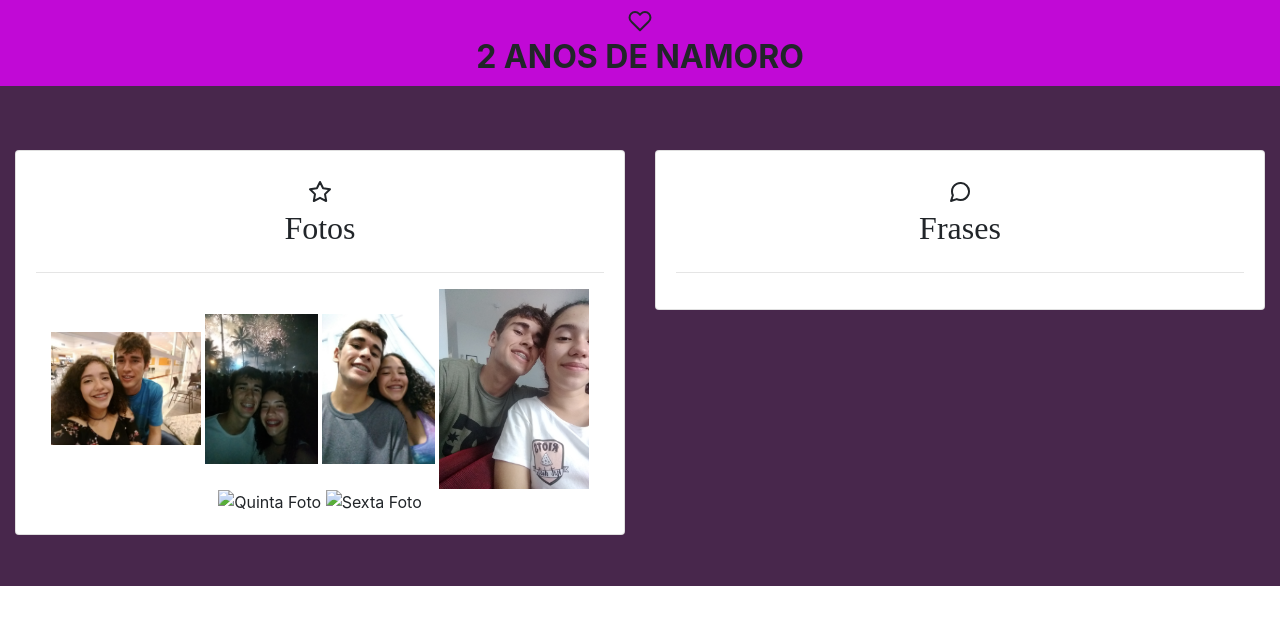
Repository: MeuAmor/meuamor.github.io
Page: index.html
These files come from the project's save history. The page is drawn as it stood at one moment and after the next save; the edit follows.
The browser window is 1280 px wide. The pictures show the whole page.

Above is the page before, as saved 2019-08-20 22:57:46.
Not found: imagens/quinta_foto.jpg
Not found: imagens/sexta_foto.jpg

### index.html
<!DOCTYPE html>
<html lang="pt">
<head>
  <title>2 ANOS</title>
  <meta charset="utf-8">
  <meta name="viewport" content="width=device-width, initial-scale=1">
  <link rel="stylesheet" href="assets/css/bootstrap4.1/bootstrap.min.css">
  <script src="assets/js/jquery.3.3.1.min.js"></script>
  <script src="assets/js/bootstrap4.1/popper.min.js"></script>
	<script src="assets/js/bootstrap4.1/bootstrap.min.js"></script>
	<!-- <style>
			hr {
				margin-top: 1rem;
				margin-bottom: 1rem;
				border: 5;
				border-top: 1px solid rgba(0, 0, 0, 0.1);
			}
		</style> -->
</head>
<body class="container-fluid">


	<div class="row" style="background:#c109d6">
		<div class="col-md-12 text-left">
			<h2>
                <!-- <svg xmlns="http://www.w3.org/2000/svg" width="24" height="24" viewBox="0 0 24 24" fill="none" stroke="currentColor"
                        stroke-width="2" stroke-linecap="round" stroke-linejoin="round" class="feather feather-heart">
                    <path d="M20.84 4.61a5.5 5.5 0 0 0-7.78 0L12 5.67l-1.06-1.06a5.5 5.5 0 0 0-7.78 7.78l1.06 1.06L12 21.23l7.78-7.78 1.06-1.06a5.5 5.5 0 0 0 0-7.78z"/>
                </svg> -->
                <div class="text-center">

                    <svg xmlns="http://www.w3.org/2000/svg" width="24" height="24" viewBox="0 0 24 24" fill="none" stroke="currentColor"
                            stroke-width="2" stroke-linecap="round" stroke-linejoin="round" class="feather feather-heart">
                        <path d="M20.84 4.61a5.5 5.5 0 0 0-7.78 0L12 5.67l-1.06-1.06a5.5 5.5 0 0 0-7.78 7.78l1.06 1.06L12 21.23l7.78-7.78 1.06-1.06a5.5 5.5 0 0 0 0-7.78z"/>
                    </svg>
                </div>
                <div class="text-center" >

                    <b>2 ANOS DE NAMORO </b>
                </div>
            </h2>
		</div>
		<div class="col-md-6 " id="redes_sociais">
			<!-- <a style="margin:10px;" class="btn btn-info btn-xs float-right" href="http://www.linkedin.com/in/leonardo-bernardes-da-silva-a8869b132">
				<svg xmlns="http://www.w3.org/2000/svg" width="24" height="24" viewBox="0 0 24 24" fill="none" stroke="currentColor" stroke-width="2" stroke-linecap="round" stroke-linejoin="round" class="feather feather-linkedin">
					<path d="M16 8a6 6 0 0 1 6 6v7h-4v-7a2 2 0 0 0-2-2 2 2 0 0 0-2 2v7h-4v-7a6 6 0 0 1 6-6z"></path><rect x="2" y="9" width="4" height="12"></rect>
					<circle cx="4" cy="4" r="2"></circle></svg>	LinkedIn</a>
				<a style="margin:10px;" class="btn btn-primary btn-xs float-right" href="http://www.facebook.com/lezinho.bernardes">
					<svg xmlns="http://www.w3.org/2000/svg" width="24" height="24" viewBox="0 0 24 24" fill="none" stroke="currentColor" stroke-width="2" stroke-linecap="round" stroke-linejoin="round" class="feather feather-facebook">
						<path d="M18 2h-3a5 5 0 0 0-5 5v3H7v4h3v8h4v-8h3l1-4h-4V7a1 1 0 0 1 1-1h3z"></path>
					</svg>
					LinkedIn
				</a>  -->
		</div>


</div>
<div class="row" style="background:#48274c;min-height: 500px;">

	<!-- <hr> -->
	<!-- <p style="margin: 10px;">
		<a class="btn btn-dark" data-toggle="collapse" href="#multiCollapseExample1" role="button" aria-expanded="false" aria-controls="multiCollapseExample1">Toggle first element</a>
		<button class="btn btn-dark" type="button" data-toggle="collapse" data-target="#multiCollapseExample2" aria-expanded="false" aria-controls="multiCollapseExample2">Toggle second element</button>
		<button class="btn btn-dark" type="button" data-toggle="collapse" data-target=".multi-collapse" aria-expanded="false" aria-controls="multiCollapseExample1 multiCollapseExample2">Toggle both elements</button> -->
	<!-- </p> -->


	<div class="col-md-6" style="margin-top: 5%;">
		<div class="card card-body">
            <h2>
                <div class="text-center">

                    <svg xmlns="http://www.w3.org/2000/svg" width="24" height="24" viewBox="0 0 24 24"
                        fill="none" stroke="currentColor" stroke-width="2" stroke-linecap="round" stroke-linejoin="round"
                        class="feather feather-star">
                        <polygon points="12 2 15.09 8.26 22 9.27 17 14.14 18.18 21.02 12 17.77 5.82 21.02 7 14.14 2 9.27 8.91 8.26 12 2"/>
                    </svg>
                </div>
                <div class="text-center" style="font-family: 'Times New Roman', Times, serif">

                    Fotos
                </div>
            </h2>
            <hr>
            <div>

                <!-- <svg xmlns="http://www.w3.org/2000/svg" width="24" height="24" viewBox="0 0 24 24">
                    <path d="M8.59 16.59L13.17 12 8.59 7.41 10 6l6 6-6 6-1.41-1.41z"/>
                    <path fill="none" d="M0 0h24v24H0V0z"/>
                </svg>
                Primeira foto juntos<br> -->
                <div class="text-center">
                    <img src="imagens/primeira_foto.jpg" alt="Primeira Foto" width="150px;">
                    <img src="imagens/segunda_foto.jpg" alt="Segunda Foto" height="150px;">
                    <img src="imagens/terceira_foto.jpg" alt="Terceira Foto" height="150px;">
                    <img src="imagens/quarta_foto.jpg" alt="Quarta Foto" width="150px;">
                    <img src="imagens/quinta_foto.jpg" alt="Quinta Foto" width="150px;">
                    <img src="imagens/sexta_foto.jpg" alt="Sexta Foto" width="150px;">
                </div>
                <!-- <br>
                <svg xmlns="http://www.w3.org/2000/svg" width="24" height="24" viewBox="0 0 24 24">
                    <path d="M8.59 16.59L13.17 12 8.59 7.41 10 6l6 6-6 6-1.41-1.41z"/>
                    <path fill="none" d="M0 0h24v24H0V0z"/>
                </svg>
                1º Dia dos Namorados<br>
                <div class="text-center">


                </div>
                <br>


                <svg xmlns="http://www.w3.org/2000/svg" width="24" height="24" viewBox="0 0 24 24">
                    <path d="M8.59 16.59L13.17 12 8.59 7.41 10 6l6 6-6 6-1.41-1.41z"/>
                    <path fill="none" d="M0 0h24v24H0V0z"/>
                </svg> 2º Dia dos Namorados -->

            </div>
		</div>
	</div>
	<div class="col-md-6" style="margin-top: 5%;">
		<div class="card card-body">
            <h2 style="text-align:center;">
                <div class="text-center">

                    <svg xmlns="http://www.w3.org/2000/svg" width="24" height="24" viewBox="0 0 24 24" fill="none" stroke="currentColor" stroke-width="2" stroke-linecap="round" stroke-linejoin="round" class="feather feather-message-circle">
                    <path d="M21 11.5a8.38 8.38 0 0 1-.9 3.8 8.5 8.5 0 0 1-7.6 4.7 8.38 8.38 0 0 1-3.8-.9L3 21l1.9-5.7a8.38 8.38 0 0 1-.9-3.8 8.5 8.5 0 0 1 4.7-7.6 8.38 8.38 0 0 1 3.8-.9h.5a8.48 8.48 0 0 1 8 8v.5z"/></svg>
                </div>
                <div class="text-center" style="font-family: 'Times New Roman', Times, serif">
                    Frases
                </div>
            </h2>
			<hr>
            <div class="row">


            </div>
        </div>

	</div>

</div>
</body>
</html>

Loaded but not shown: assets/css/bootstrap4.1/bootstrap.min.css (library); assets/js/jquery.3.3.1.min.js (library); assets/js/bootstrap4.1/popper.min.js (library); assets/js/bootstrap4.1/bootstrap.min.js (library)

After the next save:
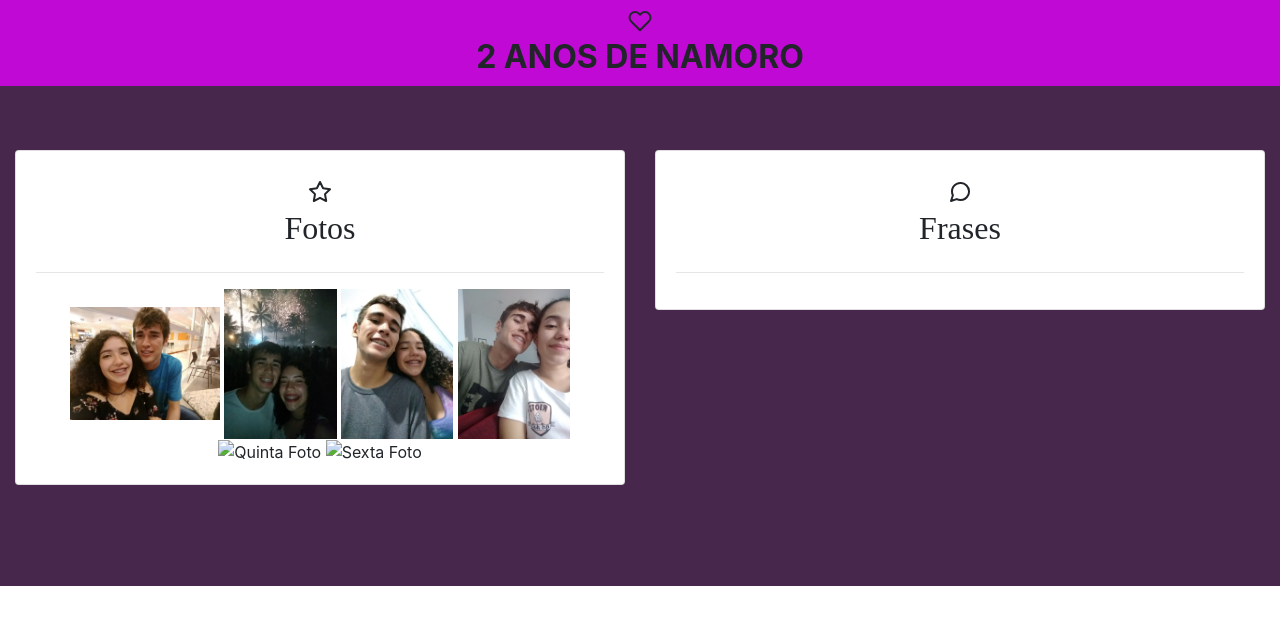
Not found: imagens/setima_foto.jpg
Saved 2 min 54 s later.
--- a/index.html
+++ b/index.html
@@ -93,8 +93,8 @@
                     <img src="imagens/primeira_foto.jpg" alt="Primeira Foto" width="150px;">
                     <img src="imagens/segunda_foto.jpg" alt="Segunda Foto" height="150px;">
                     <img src="imagens/terceira_foto.jpg" alt="Terceira Foto" height="150px;">
-                    <img src="imagens/quarta_foto.jpg" alt="Quarta Foto" width="150px;">
-                    <img src="imagens/quinta_foto.jpg" alt="Quinta Foto" width="150px;">
+                    <img src="imagens/quarta_foto.jpg" alt="Quarta Foto" height="150px;">
+                    <img src="imagens/setima_foto.jpg" alt="Quinta Foto" width="150px;">
                     <img src="imagens/sexta_foto.jpg" alt="Sexta Foto" width="150px;">
                 </div>
                 <!-- <br>
